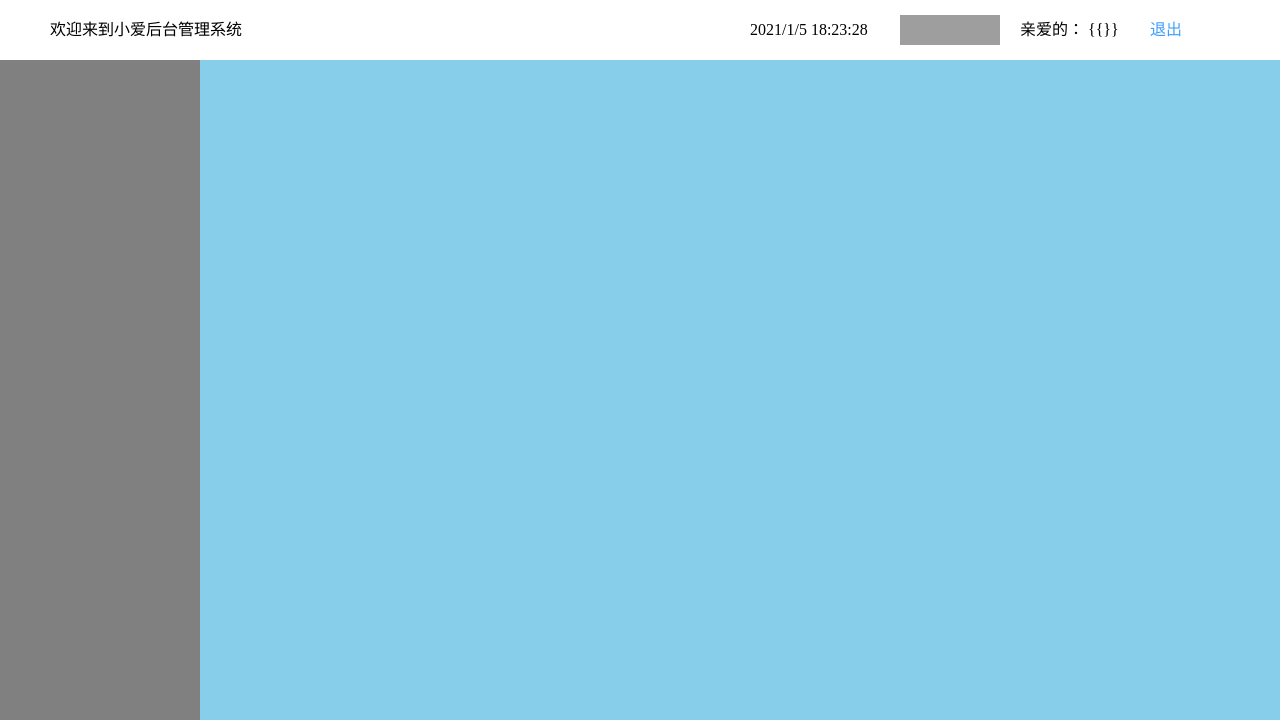
Repository: heyegang/vuex
Page: /
The author's editor kept a copy of each file at every save. The page is drawn from the files as they stood at one save, then again after the next save.
The browser window is 1280 px wide. The pictures show the whole page.
Pictures or frames that could not be fetched are drawn as grey boxes. The project was rebuilt for these pictures with package versions that can differ from the ones it lists, and the page was loaded fresh each time. Also part of the build but not shown: vue.config.js.

Above is the page before, as saved 2021-01-06 14:08:40.

### src/main.js
import Vue from "vue";
import App from "./App.vue";
import router from "./router";
import store from "./store";
import ElementUI from "element-ui";
import "element-ui/lib/theme-chalk/index.css"

Vue.use(ElementUI)
Vue.config.productionTip = false;

new Vue({
  router,
  store,
  render: h => h(App)
}).$mount("#app");

### src/App.vue
<template>
  <div id="app">
    <router-view />
  </div>
</template>

<style lang="scss">
*{
  margin: 0;
  padding: 0;
}
html,body,#app{
  height: 100%;
}
</style>

### src/router/index.js
import Vue from "vue";
import VueRouter from "vue-router";
import Home from "../views/Home.vue";
import Layout from "../views/layout/Layout.vue";

Vue.use(VueRouter);

const routes = [{
   path:"",
  component:Layout,
  children:[{
    path: "/",
    name: "Home",
    component: Home
  },

  ]},
  {
    path: "/login",
    name: "login",
    component: () => import('../views/login/Login.vue')
  },
];

const router = new VueRouter({
  mode: "history",
  base: process.env.BASE_URL,
  routes
});

export default router;

### src/store/index.js
import Vue from "vue";
import Vuex from "vuex";
import user from "./user"

Vue.use(Vuex);

export default new Vuex.Store({
  state: {
    // 存放数据
  },
  mutations: {
    // 同步修改state
  },
  actions: {},
  modules: {
    // 代表模块
    user
  }
});

### src/views/Home.vue
<template>
  <div></div>
</template>

<script>
export default {
  name: '',
  props:{},
  data () {
    return {
    }
  },
  components: {},
  methods: {},
  mounted() {},
  computed: {},
  watch: {}
}
</script>

<style lang='scss' scoped>

</style>

### src/views/layout/Layout.vue
<template>
    <div>
        <el-container>
        <el-header>
            <nav-header></nav-header>
        </el-header>
        <el-container>
            <el-aside width="200px">
                <nav-sidebar></nav-sidebar>
            </el-aside>
            <el-main>
                <router-view></router-view>
            </el-main>
        </el-container>
        </el-container>
    </div>
</template>

<script>
import NavHeader from "../../components/navheader/NavHeader"
import NavSidebar from "../../components/navsidebar/NavSidebar"
export default {
  name: '',
  props:{},
  data () {
    return {
    }
  },
  components: {
      NavHeader,
      NavSidebar,
  },
  methods: {},
  mounted() {},
  computed: {},
  watch: {}
}
</script>

<style lang='scss' scoped>
  .el-header, .el-footer {
    line-height: 60px;
  }

  .el-aside {
    position: fixed;
    top: 60px;
    bottom: 0;
    background-color: gray;
  }

  .el-main {
    position: fixed;
    bottom: 0;
    right: 0;
    top: 60px;
    left: 200px;
    background-color: skyblue;


  }

  body > .el-container {
    margin-bottom: 40px;
  }

  .el-container:nth-child(5) .el-aside,
  .el-container:nth-child(6) .el-aside {
    line-height: 260px;
  }

  .el-container:nth-child(7) .el-aside {
    line-height: 320px;
  }
</style>

### src/store/user.js
import { Message } from "element-ui";
import api from '../http/api';
import router from '../router'

export default {
    namespaced:true,
    // 开启命名空间

    state: {
        // 存放数据
        users:[]
      },
      mutations: {
        // 同步修改state
        setUsers(state,data){
            state.user = data
        }
      },
      actions: {
        //   发请求
        // 所有的方法
        // 登录 每一个action的方法都有两个参数 第一个是store 第二个是请求的参数
        // store可以解构为commit dispatch(提交另外一个action)
        async login(_,params){
            let res = await api.login(params)
            if(res.meta.status === 200){
                // 请求成功 存用户 跳转路由 提示用户
                localStorage.setItem('user', JSON.stringify(res.data))
                localStorage.setItem('token', res.data.token)
                Message.success('登录成功')
                router.push('/')
            } else {
                Message.error(res.meta.msg)
            }
        },
        async getUsers({commit},params){
            let res = await api.getUsers(params)
            if(res.meta.status === 200) {
                commit('setUsers',res.data)
            }else {
                Message.error(res.meta.msg)
            }
        }
      },
}

### src/components/navheader/NavHeader.vue
<template>
  <div class="top">
      <div style="margin-left:30px;">
          欢迎来到小爱后台管理系统
      </div>
      <div class="box">
          {{times}}
      </div>
      <div class="weather">
          <div class="weather"><iframe scrolling="no" src="https://tianqiapi.com/api.php?style=yd&skin=pitaya" frameborder="0" width="100%" height="30" allowtransparency="true"></iframe></div>
    <!--获取天气-->
      </div>
      <div class="hello">
          亲爱的： {{}}
      </div>
      <div class="esc" @click="esc">
          退出
      </div>
  </div>
</template>

<script>
export default {
  name: '',
  props:{},
  data () {
    return {
      times:'',//格式化之后的当前时间
      currentTime: new Date() //当前时间
    }
  },
  components: {},
  methods: {
    getTimes(){
      setInterval(this.getTimesInterval, 1000);
    },
    getTimesInterval:function() {
      let _this = this;
      let year = new Date().getFullYear(); //获取当前时间的年份
      let month = new Date().getMonth() + 1; //获取当前时间的月份
      let day = new Date().getDate(); //获取当前时间的天数
      let hours = new Date().getHours(); //获取当前时间的小时
      let minutes = new Date().getMinutes(); //获取当前时间的分数
      let seconds = new Date().getSeconds(); //获取当前时间的秒数
      let hello = "";
      //当小于 10 的是时候，在前面加 0
      if (hours < 10) {
        hours = "0" + hours;
      }
      if (minutes < 10) {
        minutes = "0" + minutes;
      }
      if (seconds < 10) {
        seconds = "0" + seconds;
      }
      //一天中的时间
      if (hours > 6 && hours <13){
          hello = "上午";
      }
      if (hours > 13 && hours <18){
          hello = "下午";
      }
      if (hours > 18 && hours <24){
          hello = "晚上";
      }
      if (hours >0 && hours < 6){
          hello = "凌晨";
      }
      //拼接格式化当前时间
      _this.times = year + "/" + month + "/" + day + " " +hello+ hours + ":" + minutes + ":" + seconds;
    },
  },
  mounted() {
    this.getTimes()
  },
  computed: {},
  watch: {},
}
</script>

<style lang='scss' scoped>
.top{
    display: flex;
    position: relative;
    line-height: 60px;
}
.box{
    width: 160px;
    position: absolute;
    right: 350px;
}
.weather{
    width: 100px;
    position: absolute;
    right: 130px;
    top: 5px;
}
.hello{
    width: 100px;
    position: absolute;
    right: 140px;
}
.esc{
    width: 60px;
    position: absolute;
    right: 50px;
    color: #409EFF;
}
</style>

### src/components/navsidebar/NavSidebar.vue
<template>
  <div>

  </div>
</template>

<script>
export default {
  name: '',
  props:{},
  data () {
    return {
    }
  },
  components: {},
  methods: {
  },
  mounted() {},
  computed: {},
  watch: {}
}
</script>

<style lang='scss' scoped>

</style>

### src/http/api.js
import http from './index'

export default{
     login({username,password}){
        return http.post('/login',{
            username,
            password
        })
     },
     getUsers({pagenum,pagesize,query}){
         if(query){
             return http.get(`/users?pagenum=${pagenum}&pagesize=${pagesize}&query=${query}`)
         } else {
             return http.get(`/users?pagenum=${pagenum}&pagesize=${pagesize}`)
         }

     },
}

### src/http/index.js
import axios from 'axios'
import nprogress from 'nprogress'
import 'nprogress/nprogress.css'
import {Message} from 'element-ui'

// 需要区分当前环境是开发环境(development)还是生产环境(production)
let isPro = process.env.NODE_ENV === 'productin'

const http = axios.create({
    baseURL: isPro ? '线上接口路径':'/api',
    timeout:10000
})

// 请求拦截
http.interceptors.request.use(config =>{
    nprogress.start()
    // 配置token token是鉴权的一种方式
    // 在登陆成功后 会返回当前用户的token 存在本地
    // 可用（百度：js加密插件）加密插件加密token
    let token = localStorage.getItem('token')
    // 账号密码和token分开存
    if(token){
        config.headers.Authorization = token
    }
    return config
},err =>{
    nprogress.done()
    return Promise.reject(err)
})

// 响应拦截
http.interceptors.response.use(res => {
    nprogress.done()
    return res.data
},err => {

    // 请求失败
    let status = err.response && err.response.status
    // 状态码
    if (status === 400) {
        Message.error('参数错误')
    }
    if (status === 401) {
        Message.error('没有权限')
    }
    if (status === 403) {
        Message.error('登录过期')
    }
    if (status === 404) {
        Message.error('路径错误')
    }
    if (status === 500) {
        Message.error('服务器错误')
    }
    if (status === 403) {
        Message.error('服务器在维护')
    }
    return Promise.reject(err)
})


export default http

Loaded but not shown: public/index.html (common file)

After the next save:
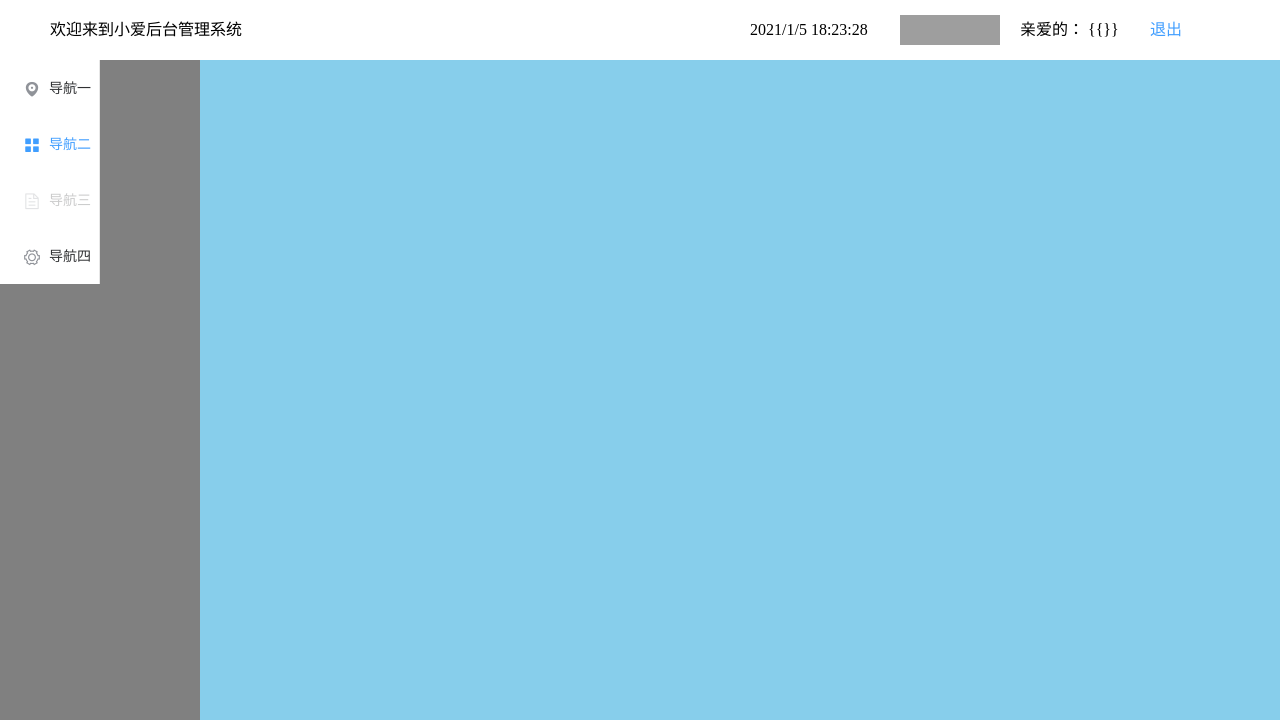
Saved 3 min 47 s later.
--- a/src/components/navsidebar/NavSidebar.vue
+++ b/src/components/navsidebar/NavSidebar.vue
@@ -1,6 +1,45 @@
 <template>
   <div>
-
+   <el-row class="tac">
+  <el-col :span="12">
+    <el-menu
+      default-active="2"
+      class="el-menu-vertical-demo"
+      @open="handleOpen"
+      @close="handleClose">
+      <el-submenu index="1">
+        <template slot="title">
+          <i class="el-icon-location"></i>
+          <span>导航一</span>
+        </template>
+        <el-menu-item-group>
+          <template slot="title">分组一</template>
+          <el-menu-item index="1-1">选项1</el-menu-item>
+          <el-menu-item index="1-2">选项2</el-menu-item>
+        </el-menu-item-group>
+        <el-menu-item-group title="分组2">
+          <el-menu-item index="1-3">选项3</el-menu-item>
+        </el-menu-item-group>
+        <el-submenu index="1-4">
+          <template slot="title">选项4</template>
+          <el-menu-item index="1-4-1">选项1</el-menu-item>
+        </el-submenu>
+      </el-submenu>
+      <el-menu-item index="2">
+        <i class="el-icon-menu"></i>
+        <span slot="title">导航二</span>
+      </el-menu-item>
+      <el-menu-item index="3" disabled>
+        <i class="el-icon-document"></i>
+        <span slot="title">导航三</span>
+      </el-menu-item>
+      <el-menu-item index="4">
+        <i class="el-icon-setting"></i>
+        <span slot="title">导航四</span>
+      </el-menu-item>
+    </el-menu>
+  </el-col>
+  </el-row>
   </div>
 </template>
 
